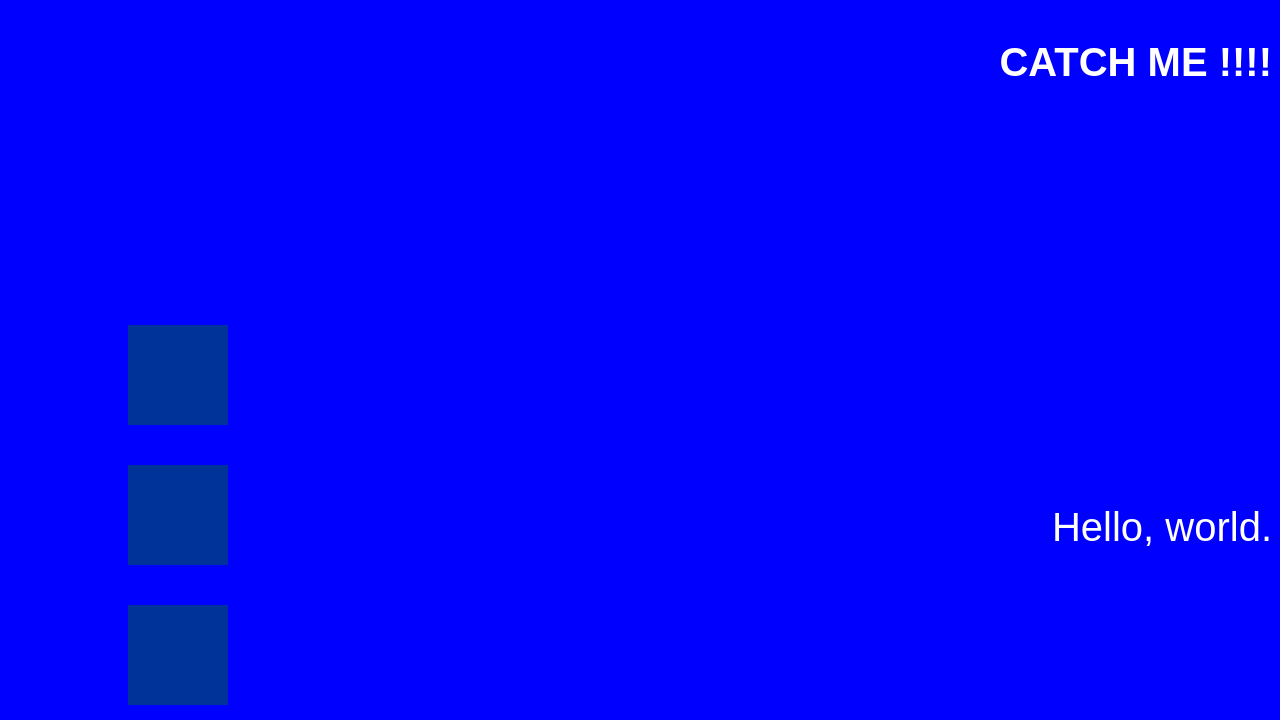
Repository: mong3270/mong3270.github.io
Page: Jenny.html
The author's editor kept a record of every edit. The page is drawn from the files as they stood at one moment, then again after the next edit.
The browser window is 1280 px wide. The pictures show the whole page.

Above is the page before.

### Jenny.html
<!DOCTYPE html>
<html>
	<head>

		<link href="index.css" rel="stylesheet" type="text/css" />

<html>
<head>
<style>
div {
    width: 100px;
    height: 100px;
    background: red;
    position: relative;
    -webkit-animation: myfirst 5s; /* Chrome, Safari, Opera */
    animation: myfirst 5s;
}

/* Chrome, Safari, Opera */
@-webkit-keyframes myfirst {
    0%   {background:red; left:0px; top:0px;}
    25%  {background:yellow; left:200px; top:0px;}
    50%  {background:blue; left:200px; top:200px;}
    75%  {background:green; left:0px; top:200px;}
    100% {background:red; left:0px; top:0px;}
}

/* Standard syntax */
@keyframes myfirst {
    0%   {background:red; left:0px; top:0px;}
    25%  {background:yellow; left:200px; top:0px;}
    50%  {background:blue; left:200px; top:200px;}
    75%  {background:green; left:0px; top:200px;}
    100% {background:red; left:0px; top:0px;}
}
</style>
</head>
<body>

<p><b>CATCH ME !!!!</b> </p>

<div></div>

</body>
</html>
<!DOCTYPE html>
<html>
<head>
<style>
div {
    width: 100px;
    height: 100px;
    background: red;
    position: relative;
    /* Chrome, Safari, Opera */
    -webkit-animation-name: myfirst;
    -webkit-animation-duration: 5s;
    -webkit-animation-timing-function: linear;
    -webkit-animation-delay: 2s;
    -webkit-animation-iteration-count: infinite;
    -webkit-animation-direction: alternate;
    -webkit-animation-play-state: running;
    /* Standard syntax */
    animation-name: myfirst;
    animation-duration: 5s;
    animation-timing-function: linear;
    animation-delay: 2s;
    animation-iteration-count: infinite;
    animation-direction: alternate;
    animation-play-state: running;
}

/* Chrome, Safari, Opera */
@-webkit-keyframes myfirst {
    0%   {background:red; left:0px; top:0px;}
    25%  {background:yellow; left:200px; top:0px;}
    50%  {background:blue; left:200px; top:200px;}
    75%  {background:green; left:0px; top:200px;}
    100% {background:red; left:0px; top:0px;}
}

/* Standard syntax */
@keyframes myfirst {
    0%   {background:red; left:0px; top:0px;}
    25%  {background:yellow; left:200px; top:0px;}
    50%  {background:blue; left:200px; top:200px;}
    75%  {background:green; left:0px; top:200px;}
    100% {background:red; left:0px; top:0px;}
}
</style>
</head>
<body>

<p><b></b></p>

<div></div>

</body>
</html>
<!DOCTYPE html>
<html>
<head>
<style>

</style>
</head>
<body>

<p><b></b> </p>

<div></div>

</body>
</html>



<html>
	<head>
		<title>Hello, world.</title>
	</head>
	<body>
		Hello, world.
	</body>
</html>

### index.css
body {
    background-color: blue;
    color: red;
    color: white;
    font-size: 40px;
    font-family: "arial";
    text-align: right;
}

After the next edit:
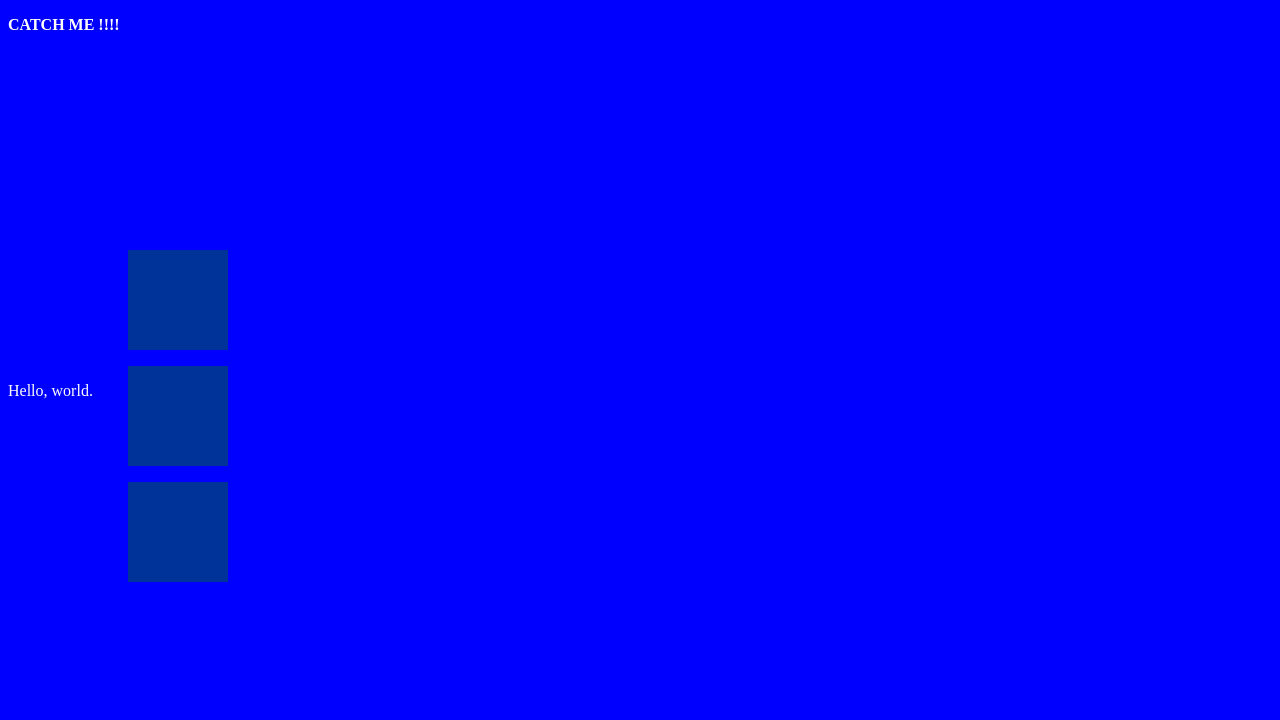
The edit:
--- a/index.css
+++ b/index.css
@@ -2,7 +2,5 @@
     background-color: blue;
     color: red;
     color: white;
-    font-size: 40px;
-    font-family: "arial";
-    text-align: right;
+
 }
